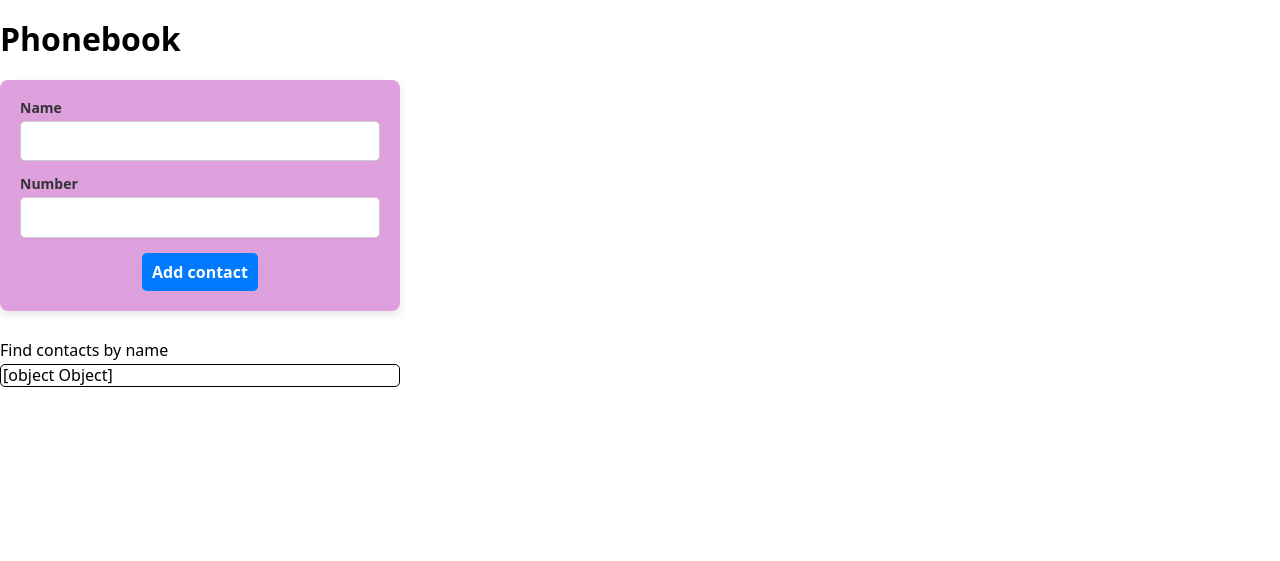
Repository: Evgeniya-Tishakova/goit-react-hw-03
Page: /
These files come from the project's save history. The page is drawn as it stood at one moment and after the next save; the edit follows.
The browser window is 1280 px wide. The pictures show the whole page.
The project was rebuilt for these pictures with package versions that can differ from the ones it lists, and the page was loaded fresh each time. Also part of the build but not shown: vite.config.js, src/index.css, src/components/App/App.module.css.

Above is the page before, as saved 2025-03-09 17:07:48.

After the next save:
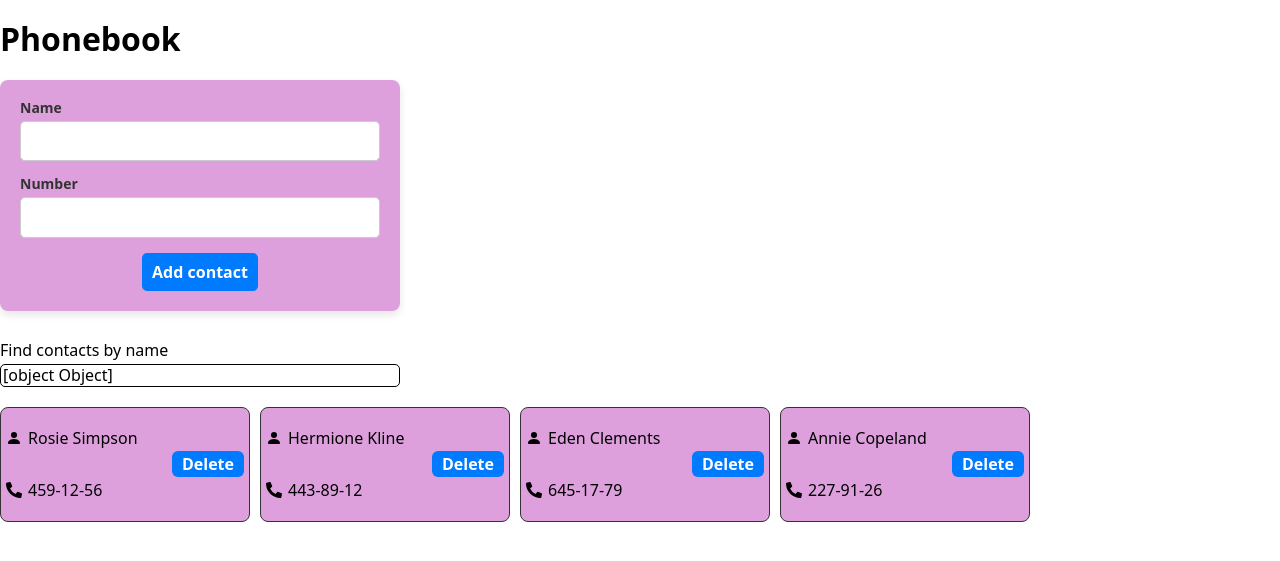
Saved 4 min 5 s later.
--- a/src/components/App/App.jsx
+++ b/src/components/App/App.jsx
@@ -40,7 +40,7 @@
         <h1 className={css.title}>Phonebook</h1>
         <ContactForm onAdd={addUser} />
         <SearchBox value={filterContacts} onFilter={setFilterContacts} />
-        <ContactList users={filterUsers} onDelete={deleteUser} />
+        <ContactList users={users} onDelete={deleteUser} />
       </div>
     </>
   );

After the save that followed:
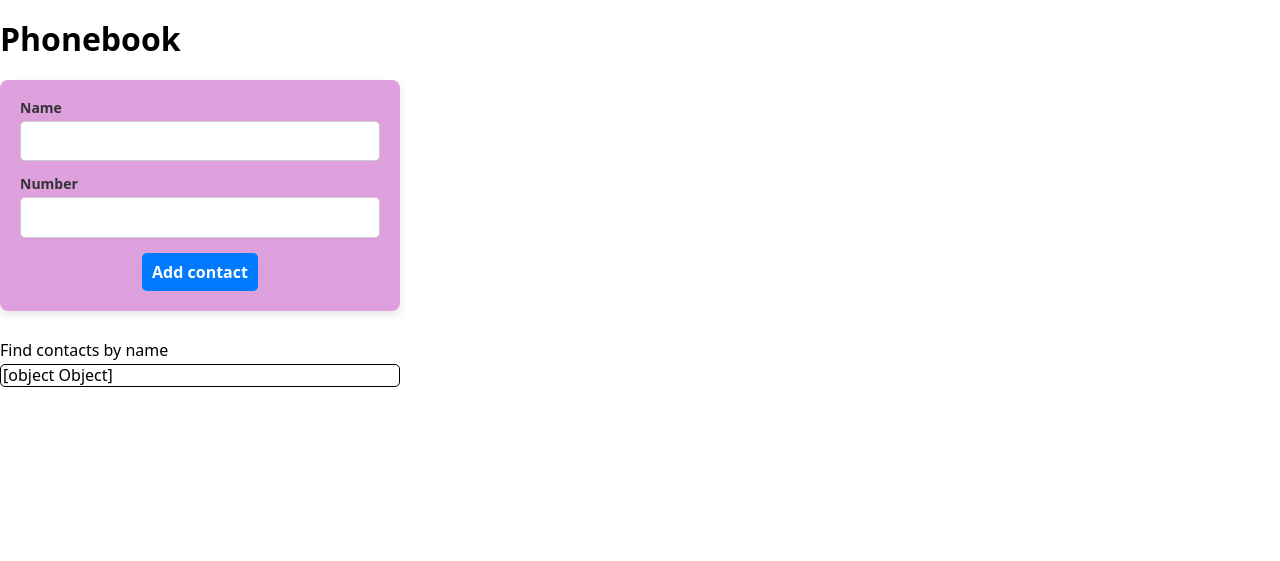
Saved 10 s later.
--- a/src/components/App/App.jsx
+++ b/src/components/App/App.jsx
@@ -40,7 +40,7 @@
         <h1 className={css.title}>Phonebook</h1>
         <ContactForm onAdd={addUser} />
         <SearchBox value={filterContacts} onFilter={setFilterContacts} />
-        <ContactList users={users} onDelete={deleteUser} />
+        <ContactList users={filterUsers} onDelete={deleteUser} />
       </div>
     </>
   );
